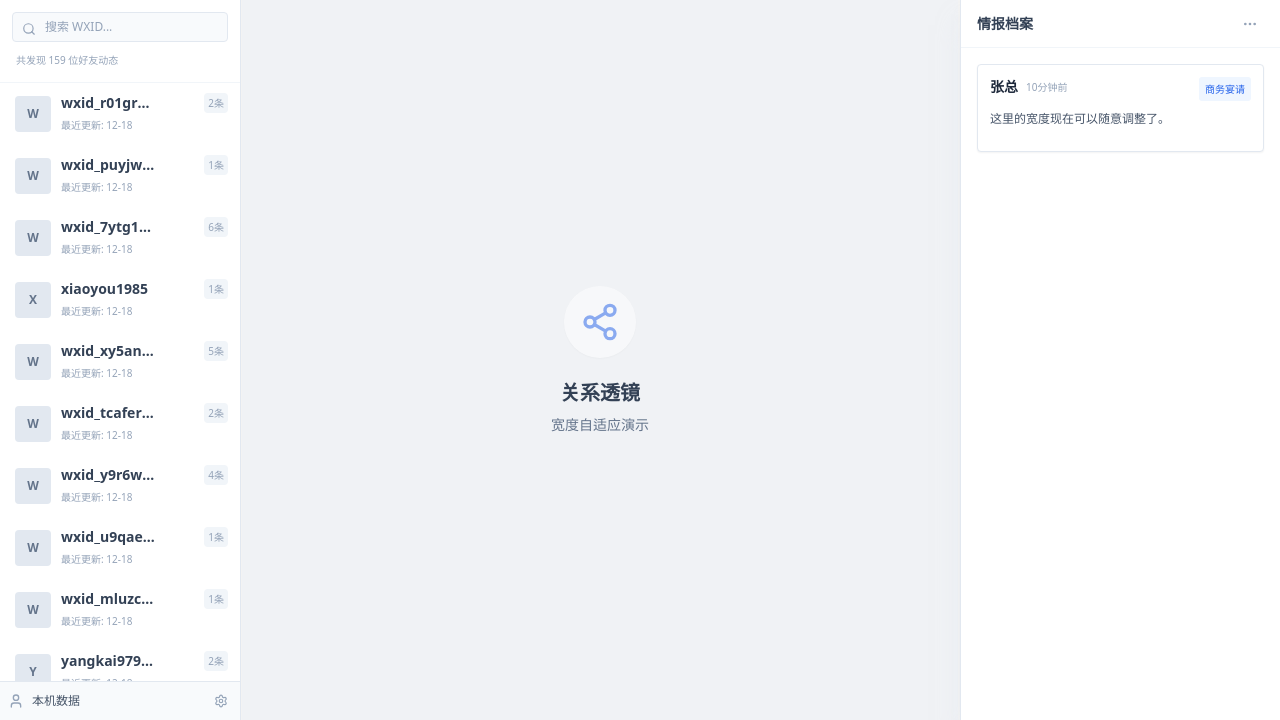
Repository: j76m8bhfny-a11y/wechatGalaxy
Page: / (app in client-radar/)
The author's editor kept a copy of each file at every save. The page is drawn from the files as they stood at one save, then again after a run of saves.
The browser window is 1280 px wide. The pictures show the whole page.
The project was rebuilt for these pictures with package versions that can differ from the ones it lists, and the page was loaded fresh each time. Also part of the build but not shown: client-radar/vite.config.ts.

Above is the page before, as saved 2025-12-18 18:35:03.

After the next 2 saves:
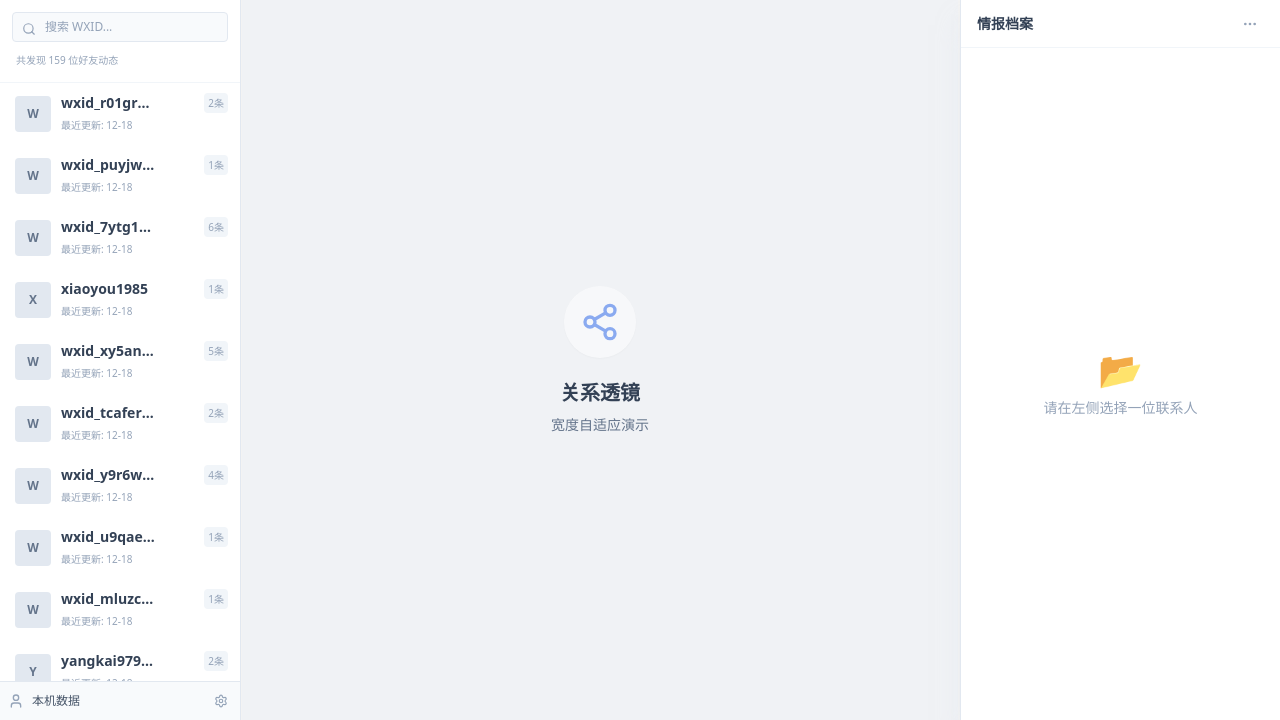
The 2 saves are shown as one change because 1 did not build or start.
The last was saved 2 min 35 s later.
--- a/client-radar/src/App.vue
+++ b/client-radar/src/App.vue
@@ -1,47 +1,38 @@
 <script setup lang="ts">
-import { ref, onUnmounted } from 'vue';
+import { ref } from 'vue';
 import Sidebar from "./components/Sidebar.vue";
-import { MoreHorizontal, Share2 } from "lucide-vue-next";
+import Feed from "./components/Feed.vue"; // 👈 新增引入
+import { Share2 } from "lucide-vue-next";
 
 // === 1. 状态管理：左右两栏的宽度 ===
-const leftWidth = ref(240); // 左侧默认宽度
-const rightWidth = ref(320); // 右侧默认宽度
+const leftWidth = ref(240);
+const rightWidth = ref(320);
 
-// 定义最小和最大宽度，防止拖崩坏
+// 定义最小和最大宽度
 const MIN_LEFT = 200;
 const MAX_LEFT = 400;
 const MIN_RIGHT = 280;
-const MAX_RIGHT = 500;
+const MAX_RIGHT = 600; // 右侧最大宽度稍微放宽一点，方便看图
 
-// === 2. 核心拖拽逻辑 ===
-const isDragging = ref(false); // 是否正在拖拽中（用于控制全局光标）
+// === 2. 核心拖拽逻辑 (保持不变) ===
+const isDragging = ref(false);
 
-// 通用的拖拽处理函数
 const startResize = (direction: 'left' | 'right', startEvent: MouseEvent) => {
-  // 阻止默认文本选中行为
   startEvent.preventDefault();
   isDragging.value = true;
 
-  // 记录初始位置和初始宽度
   const startX = startEvent.clientX;
   const startWidth = direction === 'left' ? leftWidth.value : rightWidth.value;
 
-  // 鼠标移动事件
   const onMouseMove = (moveEvent: MouseEvent) => {
     const deltaX = moveEvent.clientX - startX;
 
     if (direction === 'left') {
-      // 左侧逻辑：往右拖增加宽度
       const newWidth = startWidth + deltaX;
-      // 限制范围
       if (newWidth >= MIN_LEFT && newWidth <= MAX_LEFT) {
         leftWidth.value = newWidth;
       }
     } else {
-      // 右侧逻辑：往左拖是增加宽度（因为是从右边算的），也就是 deltaX 为负数时宽度增加
-      // 实际上右侧栏在 Flex 布局中，改变宽度就是直接改变 width 样式
-      // 注意：这里我们是改变 div 的宽度，往左拖动鼠标，clientX 变小，deltaX 为负。
-      // 为了让宽度变大，应该是 startWidth - deltaX
       const newWidth = startWidth - deltaX;
       if (newWidth >= MIN_RIGHT && newWidth <= MAX_RIGHT) {
         rightWidth.value = newWidth;
@@ -49,22 +40,17 @@ const startResize = (direction: 'left' | 'right', startEvent: MouseEvent) => {
     }
   };
 
-  // 鼠标抬起事件（结束拖拽）
   const onMouseUp = () => {
     isDragging.value = false;
     document.removeEventListener('mousemove', onMouseMove);
     document.removeEventListener('mouseup', onMouseUp);
-    // 恢复 body 的光标
     document.body.style.cursor = '';
   };
 
-  // 绑定全局事件（防止鼠标滑太快出界）
   document.addEventListener('mousemove', onMouseMove);
   document.addEventListener('mouseup', onMouseUp);
-  // 强制设置全局光标为拖拽样式
   document.body.style.cursor = 'col-resize';
 };
-
 </script>
 
 <template>
@@ -104,49 +90,16 @@ const startResize = (direction: 'left' | 'right', startEvent: MouseEvent) => {
       :style="{ width: rightWidth + 'px' }"
       class="bg-white border-l border-slate-200 flex flex-col shrink-0 z-10 shadow-xl shadow-slate-200/50"
     >
-
-      <div class="h-12 border-b border-slate-100 flex items-center justify-between px-4 bg-white shrink-0 select-none">
-        <span class="font-bold text-slate-700">情报档案</span>
-        <button class="p-1.5 hover:bg-slate-50 rounded text-slate-400">
-          <MoreHorizontal class="h-4 w-4" />
-        </button>
-      </div>
-
-      <div class="flex-1 overflow-y-auto p-4 space-y-4 scrollbar-thin">
-        <div class="bg-white rounded border border-slate-200 shadow-sm p-3 hover:shadow-md transition-shadow cursor-default group">
-          <div class="flex justify-between items-start mb-2">
-             <div class="flex items-center space-x-2">
-               <span class="font-bold text-slate-800">张总</span>
-               <span class="text-[10px] text-slate-400">10分钟前</span>
-             </div>
-             <span class="bg-blue-50 text-blue-600 px-1.5 py-0.5 rounded-[3px] text-[10px] font-medium">商务宴请</span>
-          </div>
-          <p class="text-xs text-slate-600 leading-relaxed mb-2.5">
-            这里的宽度现在可以随意调整了。
-          </p>
-        </div>
-      </div>
+      <Feed />
     </aside>
 
   </div>
 </template>
 
 <style>
-/* 防止拖拽时选中文字，提升体验 */
 body {
   margin: 0;
   font-family: 'Microsoft YaHei UI', 'Segoe UI', system-ui, sans-serif;
   -webkit-font-smoothing: antialiased;
 }
-
-.scrollbar-thin::-webkit-scrollbar {
-  width: 4px;
-}
-.scrollbar-thin::-webkit-scrollbar-thumb {
-  background-color: #f1f5f9;
-  border-radius: 4px;
-}
-.scrollbar-thin:hover::-webkit-scrollbar-thumb {
-  background-color: #cbd5e1;
-}
 </style>
